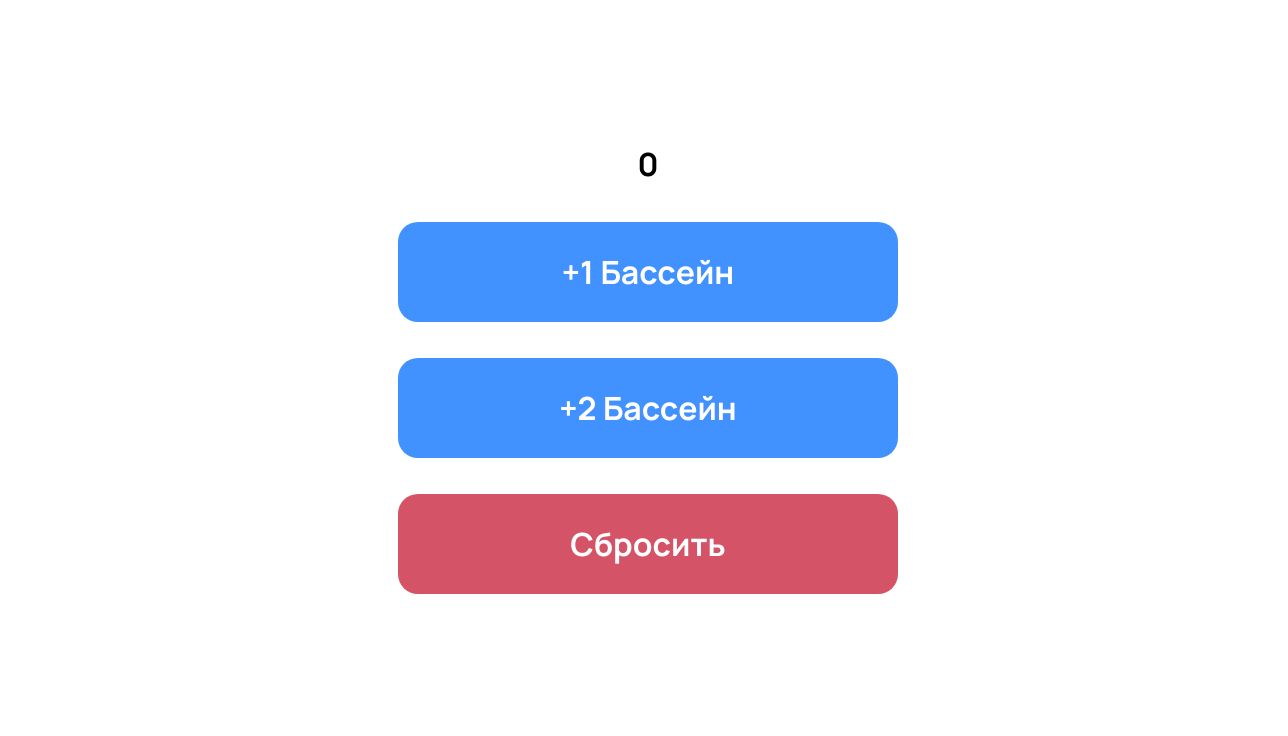
Repository: Huseynov98/js-practice
Page: index.html
An editor plug-in stored every save of this project. The page is shown before and after the next save, followed by the edit.
The browser window is 1280 px wide. The page is 1288 px wide, so the pictures cover 1288 px, including what lies to the right of the window. The pictures show the whole page.

Above is the page before, as saved 2023-05-15 11:21:38.

### index.html
<!DOCTYPE html>
<html lang="en">

<head>
    <meta charset="UTF-8">
    <meta http-equiv="X-UA-Compatible" content="IE=edge">
    <meta name="viewport" content="width=device-width, initial-scale=1.0">
    <link rel="shortcut icon" href="./resources/favicon.png" type="image/x-icon">
    <link rel="preconnect" href="https://fonts.googleapis.com">
<link rel="preconnect" href="https://fonts.gstatic.com" crossorigin>
<link href="https://fonts.googleapis.com/css2?family=Manrope:wght@700&display=swap" rel="stylesheet">
    <link rel="stylesheet" href="./CSS/index.css">
    <title> Counter App </title>
</head>

<body>
    <div class="counter">
        <div data-find="counterValue" class="counter__value">0</div>
        <button id="addOnePoolButton" data-pools="1" class="counter__addButton">+1 Бассейн</button>
        <button id="addTwoPoolsButton" data-pools="2" class="counter__addButton">+2 Бассейн</button>
        <button id="resetButton" class="counter__resetButton">Сбросить</button>
    </div>




    <script src="./JS/index.js"></script>
</body>

</html>

### CSS/index.css
body {
  font-family: "Manrope", sans-serif;
  font-weight: 700;
  width: 100%;
  overflow-x: hidden;
}
button {
  font-family: inherit;
  cursor: pointer;
  font-weight: 700;
}
.counter {
  margin: 0 auto;
  width: 700px;
  height: 100vh;
  display: flex;
  align-items: center;
  justify-content: center;
  flex-direction: column;
  gap: 36px;
}

.counter__value {
  text-align: center;
  font-size: 32px;
  line-height: 44px;
}
.counter__addButton,
.counter__resetButton {
  width: 500px;
  height: 100px;
  background: #4191ff;
  border-radius: 20px;
  border: none;
  color: #ffffff;
  font-size: 32px;
  line-height: 44px;
}

.counter__addButton:hover,
.counter__resetButton:hover {
  opacity: 0.7;
}
.counter__resetButton {
  background: #d45366;
}

### JS/index.js
const counterEl = document.querySelector('[data-find="counterValue"]');
const addOnePoolButton = document.getElementById("addOnePoolButton");
const addTwoPoolButton = document.getElementById("addTwoPoolsButton");
const resetButton = document.getElementById("resetButton");

// counterEl - 1;
console.log(counterEl.dataset);

const COUNTER_INITIAL_VALUE = 0;

let counter = COUNTER_INITIAL_VALUE;

addOnePoolButton.addEventListener("click", function () {
  counter = counter + parseInt(addOnePoolButton.dataset.pools);
  counterEl.innerText = counter;
});
addTwoPoolButton.addEventListener("click", function () {
  counter = counter + parseInt(addTwoPoolButton.dataset.pools);
  counterEl.innerText = counter;
});
resetButton.addEventListener("click", function () {
  counter = COUNTER_INITIAL_VALUE;
  counterEl.innerText = counter;
});

After the next save:
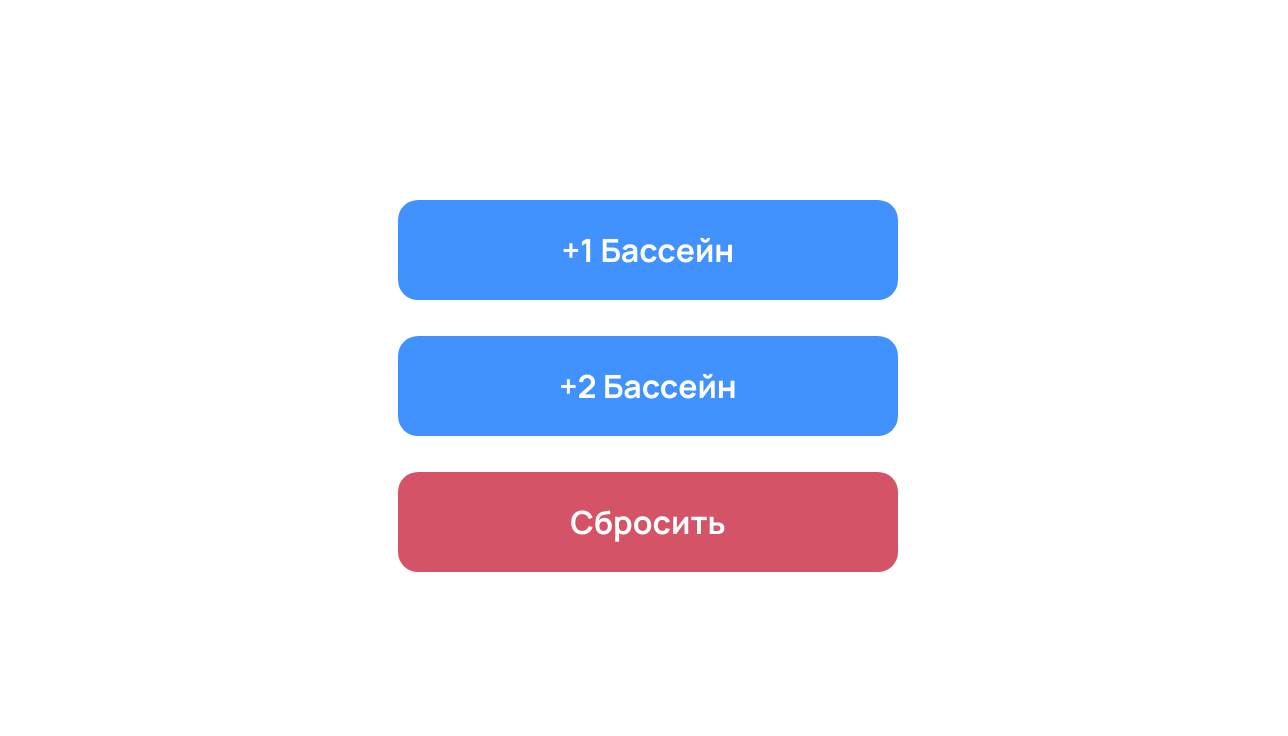
Saved 61 s later.
--- a/index.html
+++ b/index.html
@@ -15,7 +15,7 @@
 
 <body>
     <div class="counter">
-        <div data-find="counterValue" class="counter__value">0</div>
+        <div data-find="counterValue" class="counter__value"></div>
         <button id="addOnePoolButton" data-pools="1" class="counter__addButton">+1 Бассейн</button>
         <button id="addTwoPoolsButton" data-pools="2" class="counter__addButton">+2 Бассейн</button>
         <button id="resetButton" class="counter__resetButton">Сбросить</button>

After the save that followed:
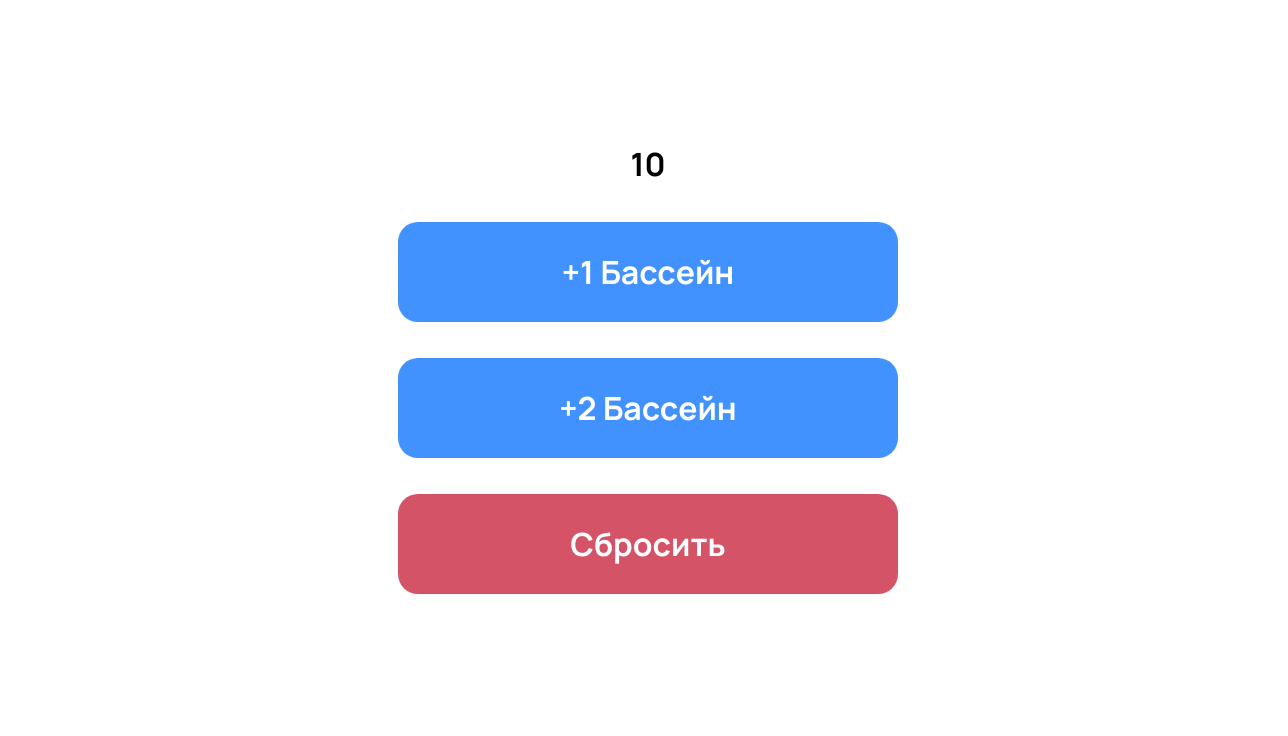
Saved 22 s later.
--- a/JS/index.js
+++ b/JS/index.js
@@ -6,9 +6,10 @@ const resetButton = document.getElementById("resetButton");
 // counterEl - 1;
 console.log(counterEl.dataset);
 
-const COUNTER_INITIAL_VALUE = 0;
+const COUNTER_INITIAL_VALUE = 10;
 
 let counter = COUNTER_INITIAL_VALUE;
+counterEl.innerText = counter;
 
 addOnePoolButton.addEventListener("click", function () {
   counter = counter + parseInt(addOnePoolButton.dataset.pools);
